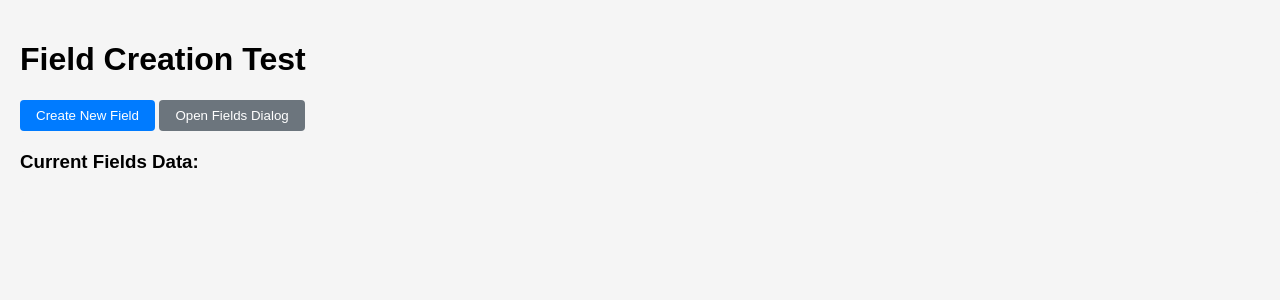
Repository: jeedee23/checklistrepo
Page: checklists/code/test-field-creation.html
These files come from the project's save history. The page is drawn as it stood at one moment and after the next save; the edit follows.
The browser window is 1280 px wide. The pictures show the whole page.
The page's requests for data from a server got no answer.

Above is the page before, as saved 2025-07-05 12:03:18.
Console error: SyntaxError: Identifier 'refreshFieldsDialog' has already been declared

After the next save:
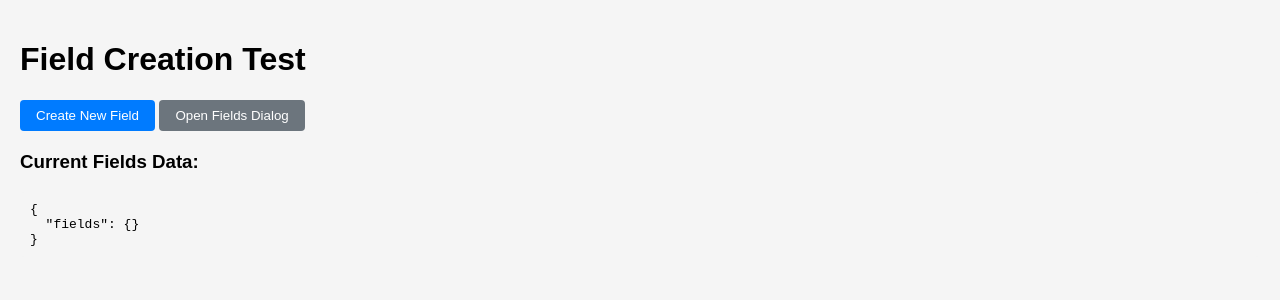
The error is gone.
Saved 15 min 20 s later.
--- a/checklists/code/js/menu-fields-actions.js
+++ b/checklists/code/js/menu-fields-actions.js
@@ -724,19 +724,6 @@ async function updateFieldsJson(fieldName, fieldType, fieldLabel) {
   // 4. Reload field definitions
 }
 
-/**
- * Placeholder function to refresh the fields dialog
- */
-function refreshFieldsDialog() {
-  // TODO: Implement this function to refresh the fields dialog
-  console.log('[New Field] Placeholder: Refresh fields dialog');
-
-  // This would involve:
-  // 1. Close current fields dialog
-  // 2. Reload field definitions
-  // 3. Reopen fields dialog with updated field list
-}
-
 // Listen for data updates to refresh UI components
 document.addEventListener('dataUpdated', (event) => {
   if (event.detail.type === 'FIELDS') {
